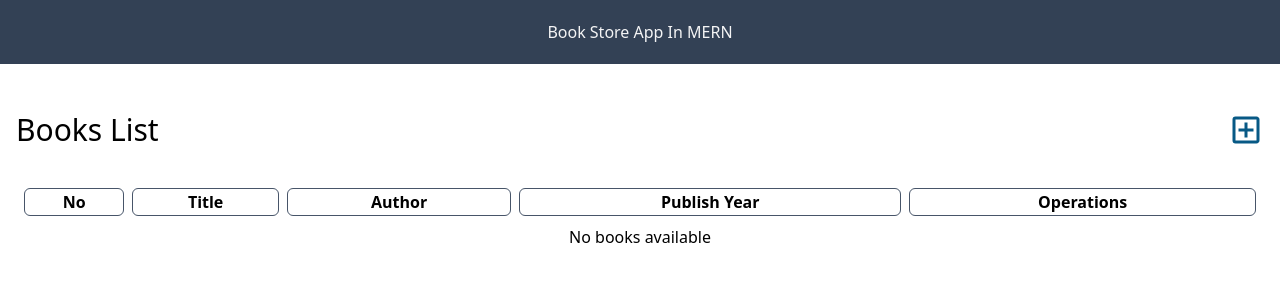
Repository: Attar786/Book_Menagment_Store
Page: / (app in frontend/)
The author's editor kept a copy of each file at every save. The page is drawn from the files as they stood at one save, then again after the next save.
The browser window is 1280 px wide. The pictures show the whole page.
The page's requests for data from a server got no answer. The project was rebuilt for these pictures with package versions that can differ from the ones it lists, and the page was loaded fresh each time. No one was signed in, and anything a server would have sent is missing. Also part of the build but not shown: frontend/vite.config.js, frontend/src/pages/CreateBooks.jsx, frontend/src/pages/ShowBooks.jsx, frontend/src/pages/EditBooks.jsx, frontend/src/pages/DeleteBooks.jsx.

Above is the page before, as saved 2024-08-12 15:35:12.

After the next save:
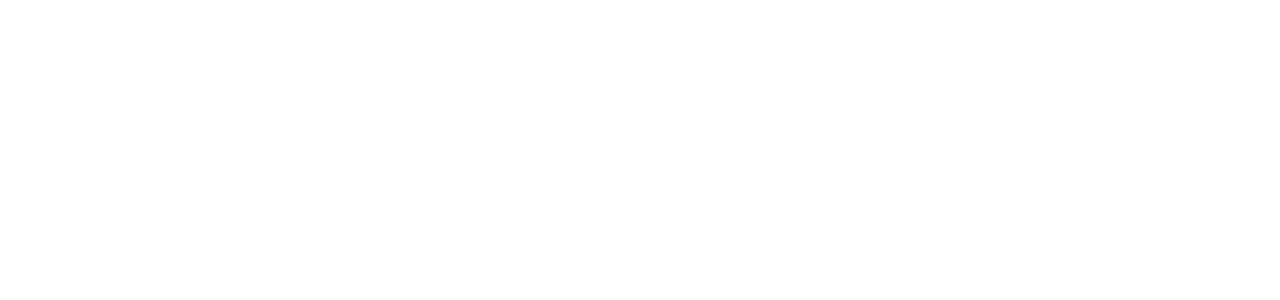
Console error: ReferenceError: setloading is not defined
Saved 52 s later.
--- a/frontend/src/pages/Home.jsx
+++ b/frontend/src/pages/Home.jsx
@@ -8,7 +8,7 @@
 
 const Home = () => {
   const [books, setBooks] = useState([]);
-  const [loading, setloading] = useState(false);
+  const [loading, setLoading] = useState(false);
 
   useEffect(() => {
     setloading(true);
@@ -17,11 +17,11 @@
       .then((response) => {
         console.log("API Response:", response.data.data);  // Log the response data
         setBooks(response.data.data);
-        setloading(false);
+        setLoading(false);
       })
       .catch((error) => {
         console.log("Error:", error);
-        setloading(false);
+        setLoading(false);
       });
   }, []);
 

After the save that followed:
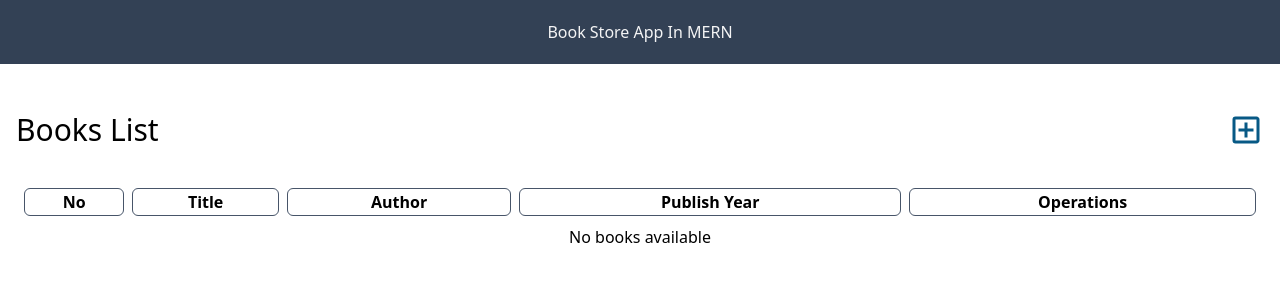
The error is gone.
Saved 8 s later.
--- a/frontend/src/pages/Home.jsx
+++ b/frontend/src/pages/Home.jsx
@@ -11,7 +11,7 @@
   const [loading, setLoading] = useState(false);
 
   useEffect(() => {
-    setloading(true);
+    setLoading(true);
     axios
       .get("http://localhost:5000/books")
       .then((response) => {
